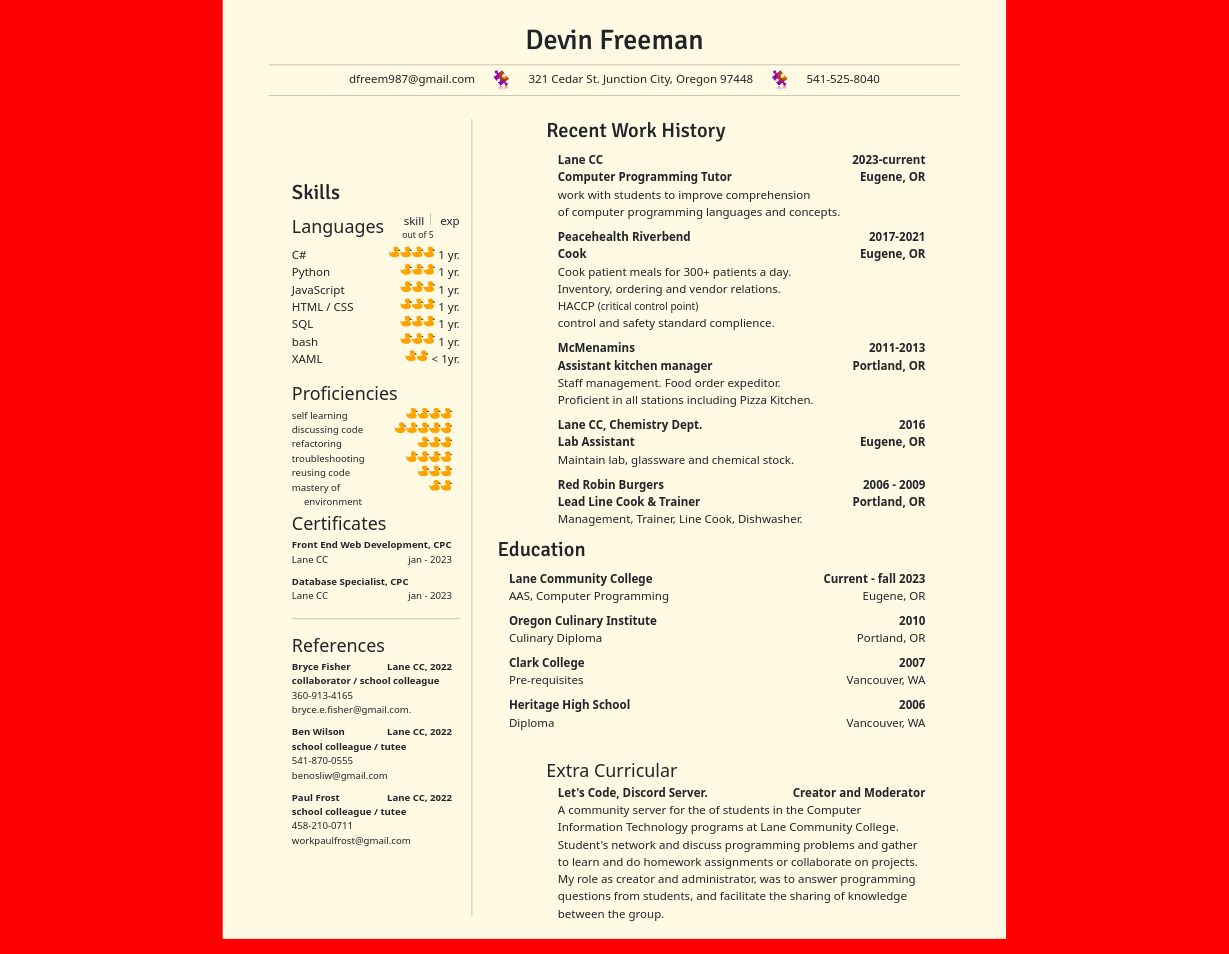
Repository: Dfreem/Resume
Page: index.html
The author's editor kept a copy of each file at every save. The page is drawn from the files as they stood at one save, then again after the next save.
The browser window is 1280 px wide. The pictures show the whole page, at 96% of full size.

Above is the page before, as saved 2023-01-20 10:22:04.

After the next save:
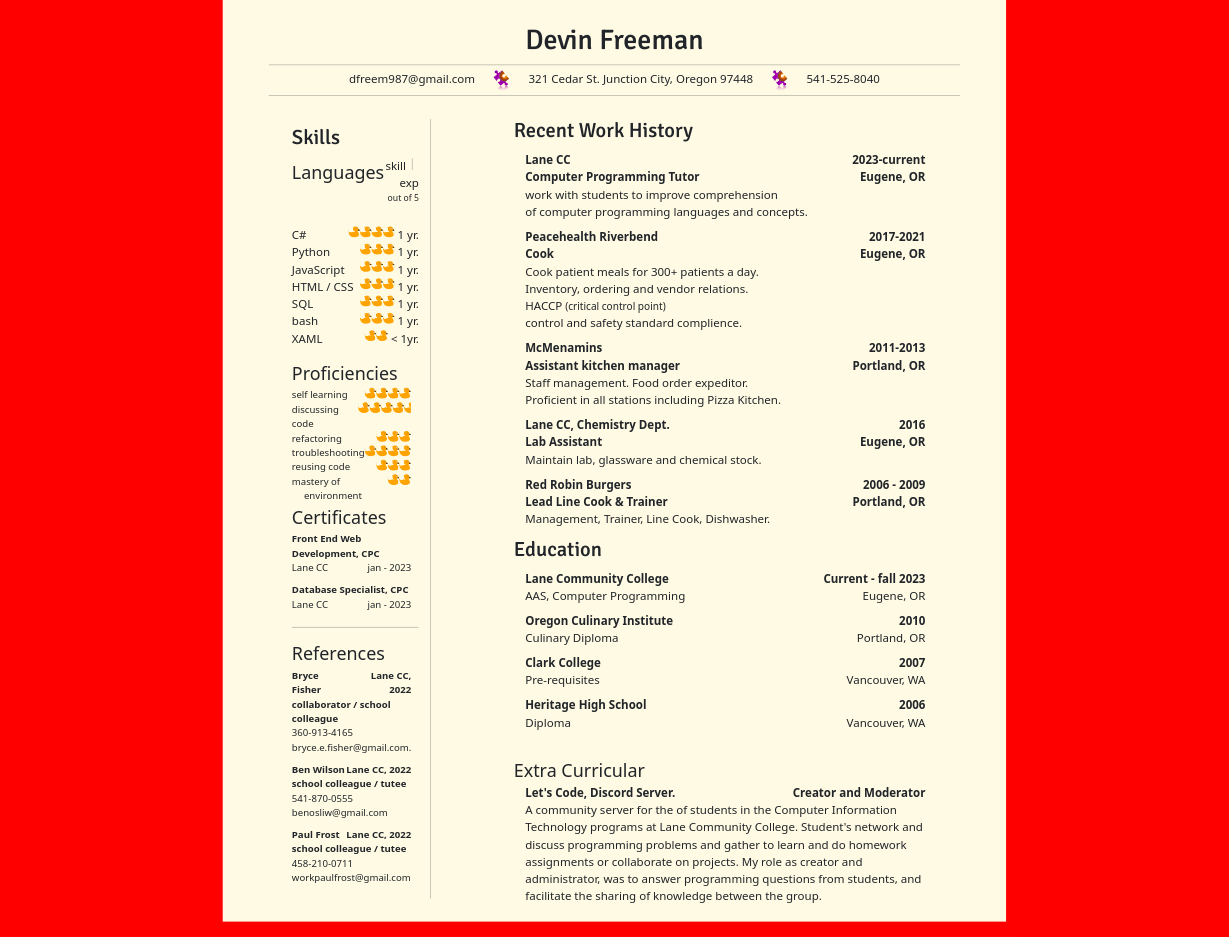
Saved 23 s later.
--- a/resume.css
+++ b/resume.css
@@ -65,7 +65,7 @@ h4 {
     align-self: flex-end;
     margin-inline-start: 1em;
     margin-inline-end: 2em;
-    width: 90%;
+    width: 80%;
     margin-block-start: 0em;
 }
 
@@ -73,7 +73,7 @@ h4 {
     margin-inline-start: 2em;
     margin-inline-end: 1em;
     /* margin-block: 1em; */
-    width: 400px;
+    width: 20%;
     height: fit-content;
 }
 
